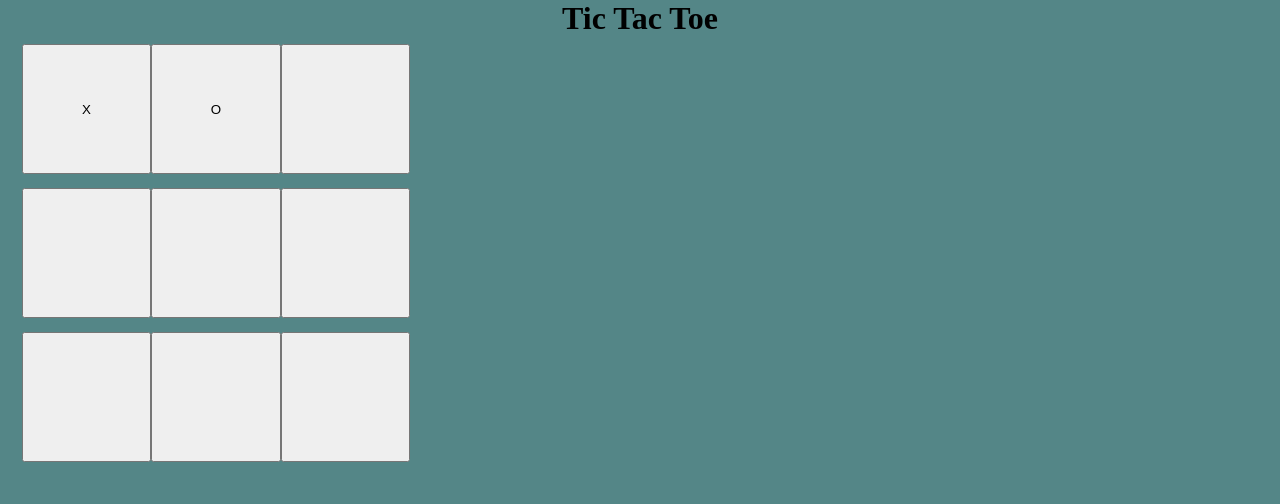
Repository: pankaj-shaw05/Tic-Tac-Toe
Page: index.html
These files come from the project's save history. The page is drawn as it stood at one moment and after the next save; the edit follows.
The browser window is 1280 px wide. The pictures show the whole page.

Above is the page before, as saved 2026-04-07 08:13:27.

After the next save:
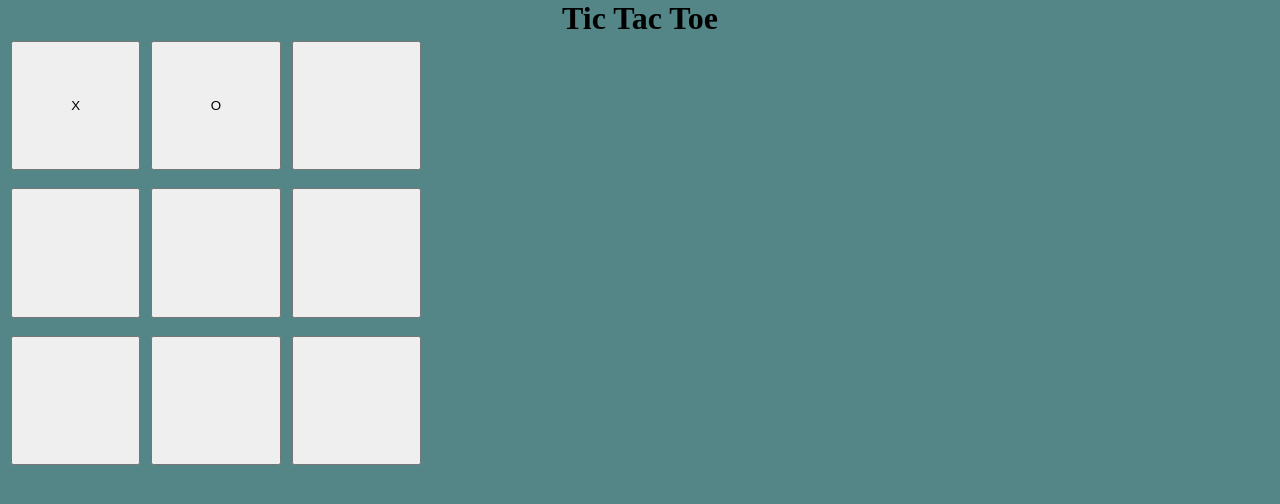
Saved 40 s later.
--- a/style.css
+++ b/style.css
@@ -20,6 +20,7 @@
     flex-wrap: wrap;
     justify-content: center;
     align-items: center;
+    gap: 1.5vmin;
 }
 
 .box {
